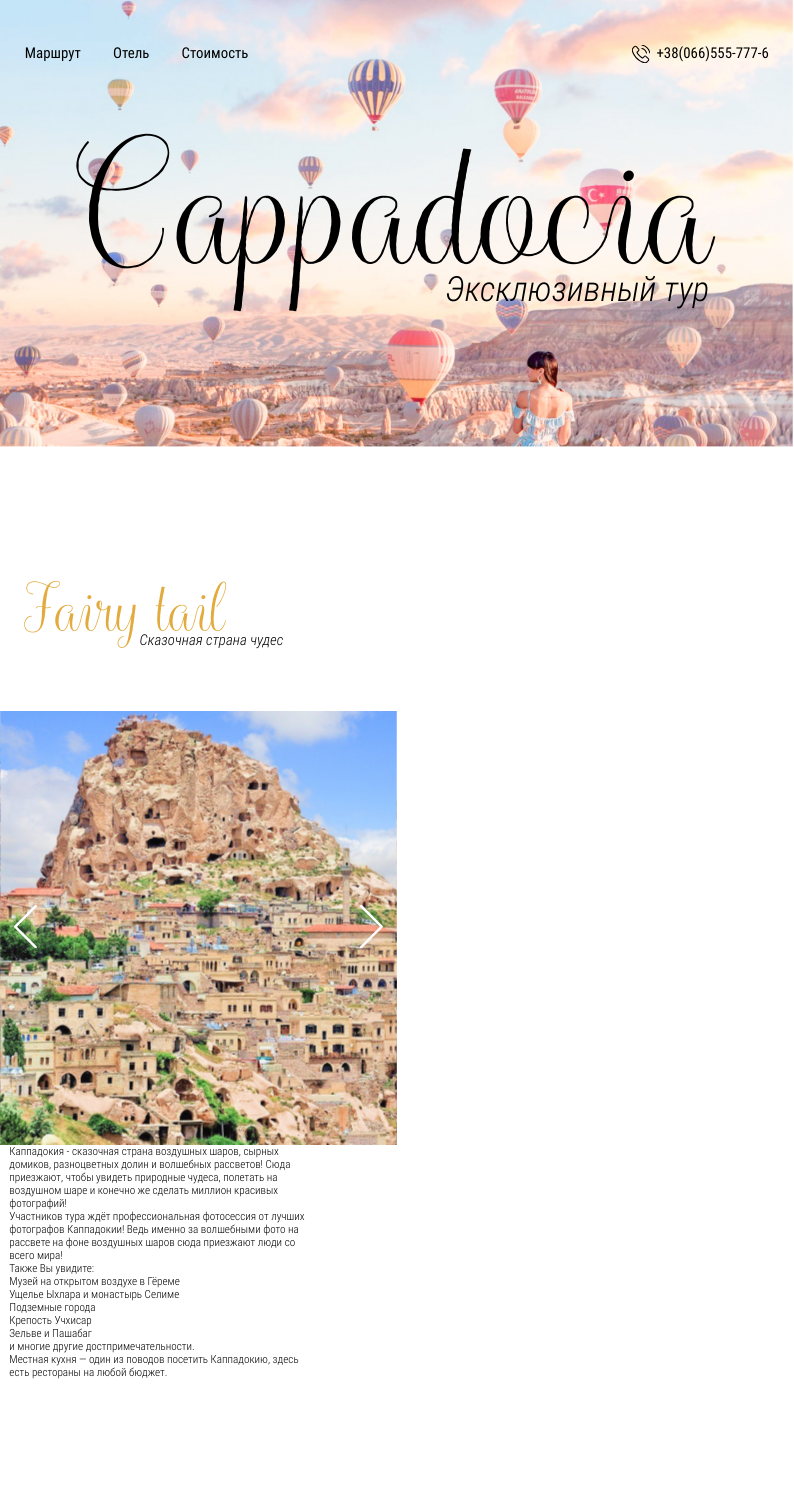
Repository: Lareeman/cappadocia
Page: index.html
These files come from the project's save history. The page is drawn as it stood at one moment and after the next save; the edit follows.
The browser window is 1280 px wide. The pictures show the whole page, at 62% of full size.

Above is the page before, as saved 2024-01-27 13:50:14.

After the next save:
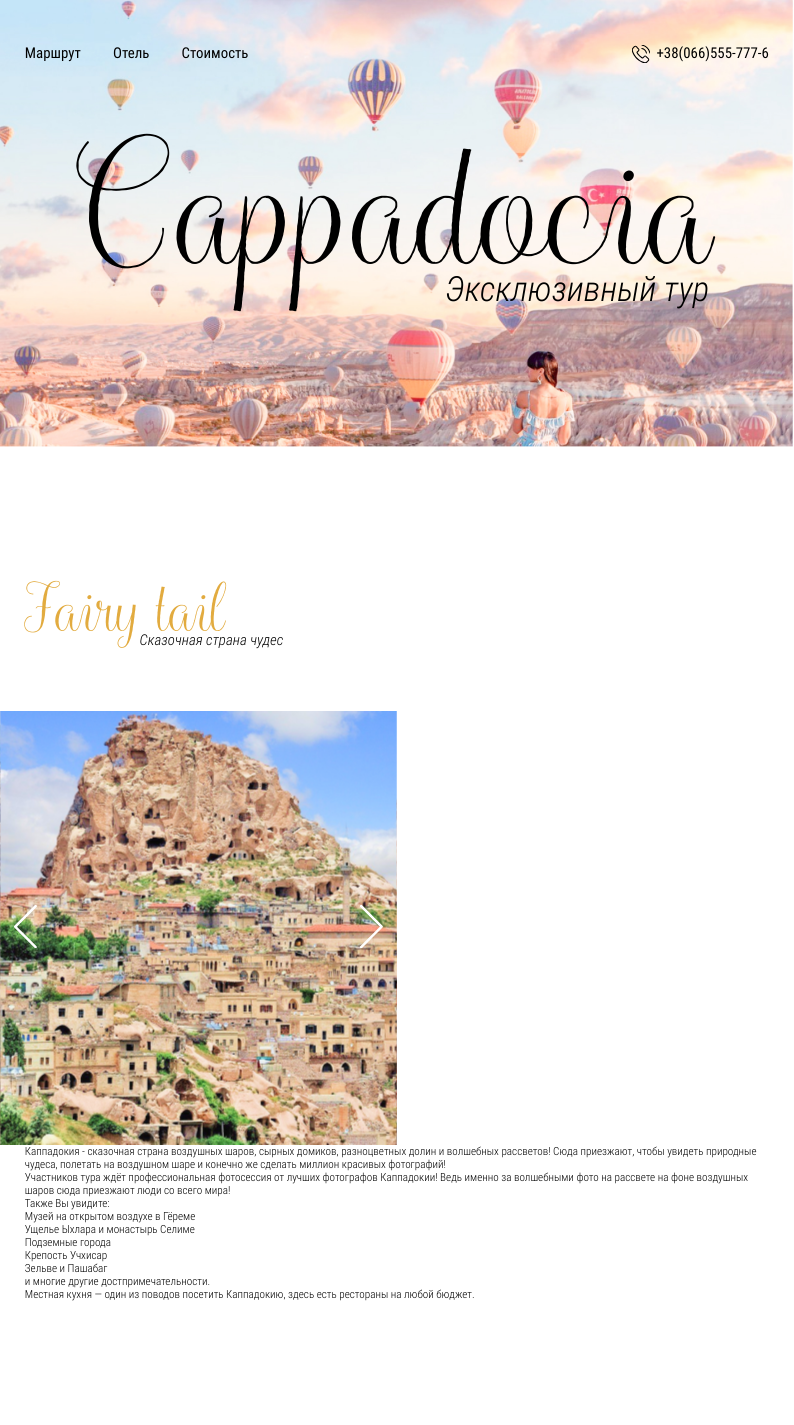
Saved 53 s later.
--- a/css/style.css
+++ b/css/style.css
@@ -201,7 +201,7 @@ body {
 .fairy__item {}
 
 .fairy__content {
-  width: 40%;
+
 }
 
 .fairy__container {
